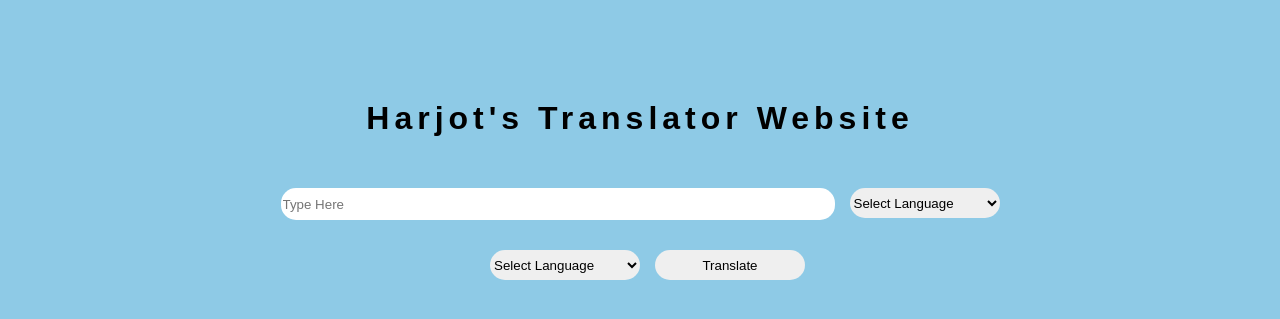
Repository: Harjot00/Pythonpractice
Page: Translator/homepage.html
An editor plug-in stored every save of this project. The page is shown before and after the next save, followed by the edit.
The browser window is 1280 px wide. The pictures show the whole page.
Some web fonts or font styles are not loaded; a fallback is used.

Above is the page before, as saved 2022-03-06 19:31:54.

### Translator/homepage.html
<!DOCTYPE html>
<html lang="en">
<head>
    <meta charset="UTF-8">
    <meta http-equiv="X-UA-Compatible" content="IE=edge">
    <meta name="viewport" content="width=device-width, initial-scale=1.0">
    <title>Harjot's Translator</title>
    <link rel="stylesheet" href="styles.css">
    <link href="http://fonts.cdnfonts.com/css/mrs-sheppards" rel="stylesheet">
    <link href='https://fonts.googleapis.com/css?family=Open Sans' rel='stylesheet'>

</head>
<body>
    <h1 style = "font-family: 'Mrs Sheppards', sans-serif;letter-spacing: 5px;">Harjot's Translator Website</h1>
    <div style = "display: flex; justify-content: center;">
        <input type="text" id="entry" placeholder="Type Here"></input>
        <form id="language">

            <select>
                <option disabled selected>Select Language</option>
                <option value="volvo">French</option>
                <option value="saab">Italian</option>
                <option value="opel">German</option>
                <option value="audi">Chinese</option>
            </select>
        </form>
    </div>
    <div style = "display: flex; justify-content: center;">
        <form id = "language2">
            <select >
                <option disabled selected>Select Language</option>
                <option value="volvo">French</option>
                <option value="saab">Italian</option>
                <option value="opel">German</option>
                <option value="audi">Chinese</option>
            </select>
        </form>
        <button>Translate</button>

    </div>
</body>
</html>

### Translator/styles.css
body{
    background-color: #8ECAE6;
    font-family: open sans;
}
h1{
    margin-top: 100px;
    text-align: center;
}
#entry{
    width: 550px;
    height: 30px;
    margin: 30px 0px 0px 0px;
    border: none;
    border-radius:15px;

}
#language{

    margin: 30px 0px 0px 15px;
}
#language2{

    margin: 30px 0px 0px 15px;
}

select{
    height: 30px;
    width: 150px;
    border: none;
    border-radius: 15px;
}
button{
    width: 150px;
    height:30px;
    margin:30px 0px 0px 15px;
    border: none;
    border-radius: 15px;
}

After the next save:
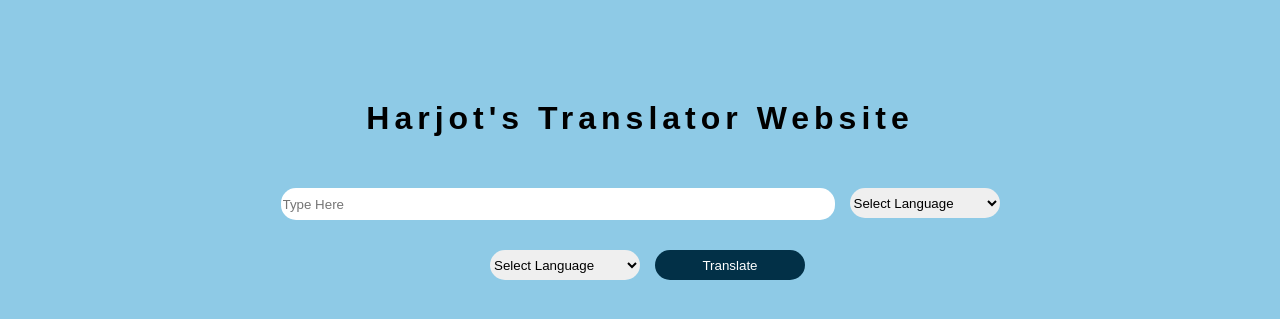
Saved 38 s later.
--- a/Translator/styles.css
+++ b/Translator/styles.css
@@ -35,4 +35,6 @@ button{
     margin:30px 0px 0px 15px;
     border: none;
     border-radius: 15px;
+    background-color: #023047;
+    color: #fff;
 }
